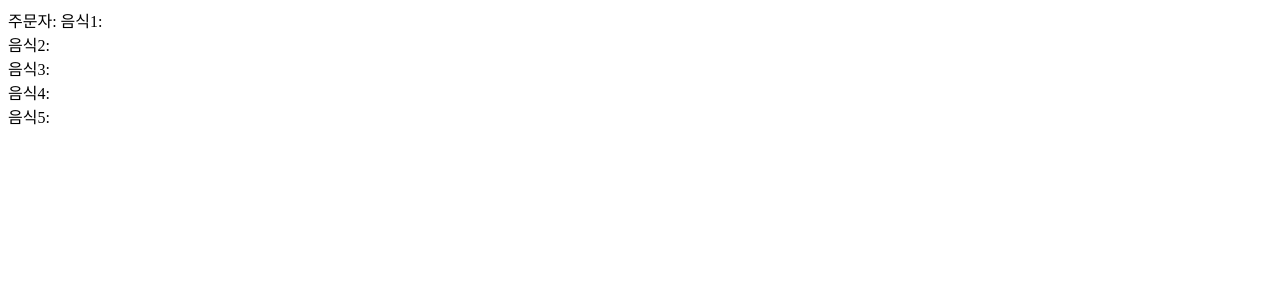
Repository: hwimi/2024-04-12
Page: http://localhost/jstl_study/step-7.jsp
These files come from the project's save history. The page is drawn as it stood at one moment and after the next save; the edit follows.
The browser window is 1280 px wide. The pictures show the whole page.
The page is served by Tomcat 9. Other server files are loaded and not shown.

Above is the page before, as saved 2024-04-11 05:13:38.

### jstl_study/src/main/webapp/step-7.jsp
<%@ page language="java" contentType="text/html; charset=UTF-8"
    pageEncoding="UTF-8"%>
<!DOCTYPE html>
<html>
<head>
<meta charset="UTF-8">
<title>Insert title here</title>
</head>
<body>
		주문자: ${param.customer}
    	음식1:${paramValues.food[0]}<br>
        음식2:${paramValues.food[1]}<br>
        음식3:${paramValues.food[2]}<br>
        음식4:${paramValues.food[3]}<br>
        음식5:${paramValues.food[4]}<br>
</body>
</html>

After the next save:
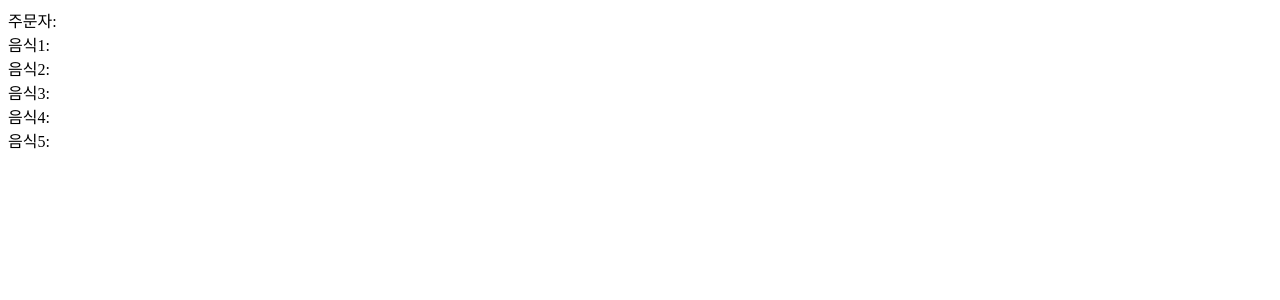
Saved 14 min 1 s later.
--- a/jstl_study/src/main/webapp/step-7.jsp
+++ b/jstl_study/src/main/webapp/step-7.jsp
@@ -7,7 +7,7 @@
 <title>Insert title here</title>
 </head>
 <body>
-		주문자: ${param.customer}
+		주문자: ${param.customer}<br>
     	음식1:${paramValues.food[0]}<br>
         음식2:${paramValues.food[1]}<br>
         음식3:${paramValues.food[2]}<br>
